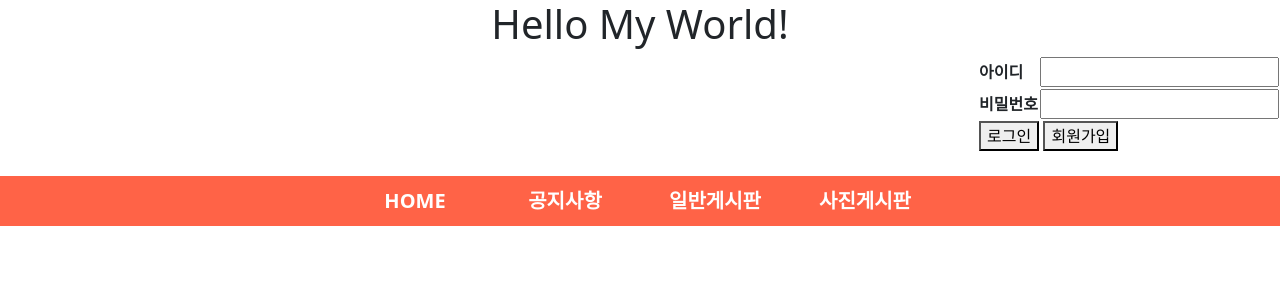
Repository: Developer-Choi-Jae-Young/ServletPractice
Page: http://localhost/jspProject/
These files come from the project's save history. The page is drawn as it stood at one moment and after the next save; the edit follows.
The browser window is 1280 px wide. The pictures show the whole page.
The page is served by Tomcat 9.

Above is the page before, as saved 2024-09-03 01:02:17.

After the next save:
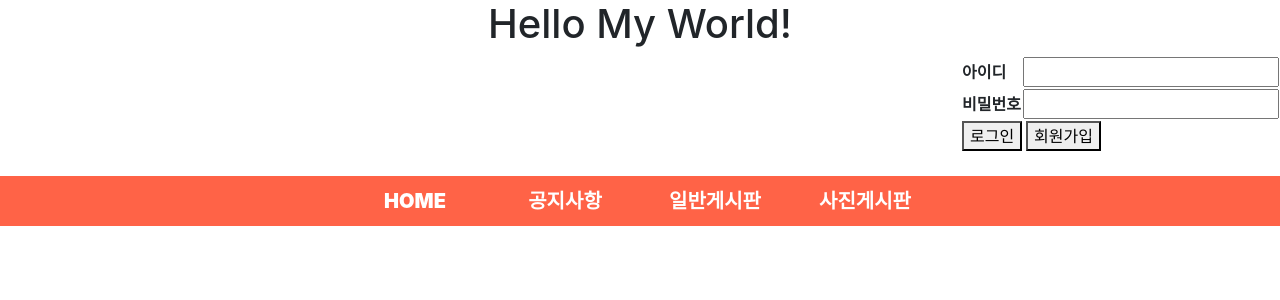
Saved 115 s later.
--- a/jspProject/src/main/webapp/views/common/menubar.jsp
+++ b/jspProject/src/main/webapp/views/common/menubar.jsp
@@ -7,12 +7,17 @@
 <meta charset="UTF-8">
 <title>Insert title here</title>
 
-<!-- jQuery libaray -->
-<script src="https://ajax.googleapis.com/ajax/libs/jquery/3.7.1/jquery.min.js"></script>
+<!-- Latest compiled and minified CSS -->
+<link rel="stylesheet" href="https://cdn.jsdelivr.net/npm/bootstrap@4.6.2/dist/css/bootstrap.min.css">
 
-<!-- bootstrap -->
-<link href="https://cdn.jsdelivr.net/npm/bootstrap@5.3.3/dist/css/bootstrap.min.css" rel="stylesheet" integrity="sha384-QWTKZyjpPEjISv5WaRU9OFeRpok6YctnYmDr5pNlyT2bRjXh0JMhjY6hW+ALEwIH" crossorigin="anonymous">
-<script src="https://cdn.jsdelivr.net/npm/bootstrap@5.3.3/dist/js/bootstrap.bundle.min.js" integrity="sha384-YvpcrYf0tY3lHB60NNkmXc5s9fDVZLESaAA55NDzOxhy9GkcIdslK1eN7N6jIeHz" crossorigin="anonymous"></script>
+<!-- jQuery library -->
+<script src="https://cdn.jsdelivr.net/npm/jquery@3.7.1/dist/jquery.slim.min.js"></script>
+
+<!-- Popper JS -->
+<script src="https://cdn.jsdelivr.net/npm/popper.js@1.16.1/dist/umd/popper.min.js"></script>
+
+<!-- Latest compiled JavaScript -->
+<script src="https://cdn.jsdelivr.net/npm/bootstrap@4.6.2/dist/js/bootstrap.bundle.min.js"></script>
 
 <style>
 	.login-area > *{
